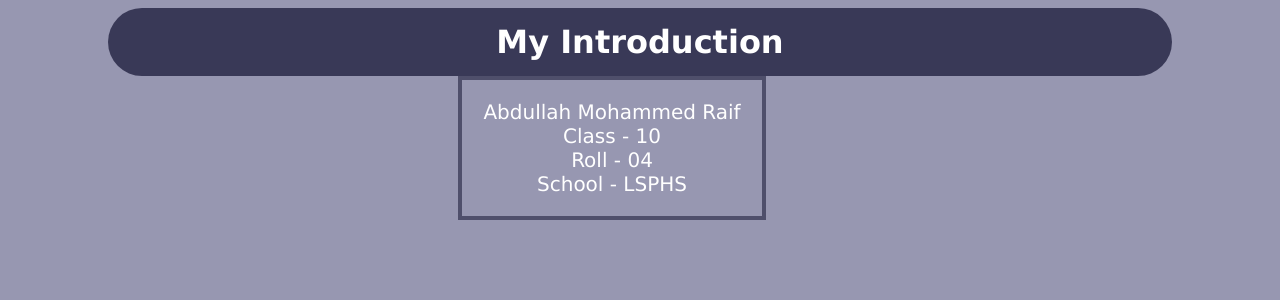
Repository: Raif-007/Portfolio
Page: index.html
The author's editor kept a copy of each file at every save. The page is drawn from the files as they stood at one save, then again after the next save.
The browser window is 1280 px wide. The pictures show the whole page.

Above is the page before, as saved 2021-07-05 17:14:40.

### index.html
<!DOCTYPE html>
<html lang="en">

<head>
    <meta charset="UTF-8">
    <meta http-equiv="X-UA-Compatible" content="IE=edge">
    <meta name="viewport" content="width=device-width, initial-scale=1.0">
    <title>Portfolio</title>
    <link rel="stylesheet" href="styles.css">
</head>

<body>

    <h1>
        My Introduction
    </h1>
    <div>

        <p>
            Abdullah Mohammed Raif
            <br> Class - 10
            <br> Roll - 04
            <br> School - LSPHS

        </p>


    </div>
</body>

</html>

### styles.css
    body {
    background-color: rgba(54, 54, 105, 0.514);
    color: #ffffff;
    font-family: Verdana, Geneva, Tahoma, sans-serif;
    text-align: center;
}

h1 {
    background-color: rgba(25, 25, 56, 0.74);
    padding: 15px;
    margin: 0px 100px;
    border-radius: 50px;
}

div {
    font-size: 20px;
    border: 4px solid rgba(25, 25, 56, 0.568);
    width: 300px;
    margin-left: 450px;

After the next save:
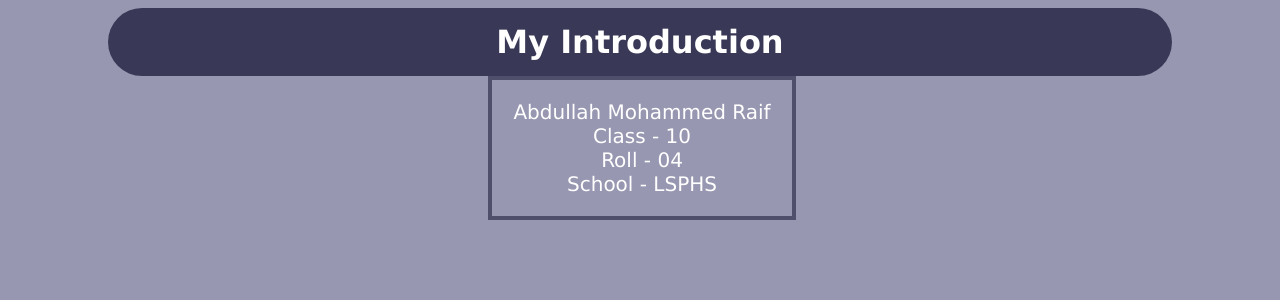
Saved 11 s later.
--- a/styles.css
+++ b/styles.css
@@ -1,19 +1,19 @@
-    body {
-    background-color: rgba(54, 54, 105, 0.514);
-    color: #ffffff;
-    font-family: Verdana, Geneva, Tahoma, sans-serif;
-    text-align: center;
-}
+        body {
+        background-color: rgba(54, 54, 105, 0.514);
+        color: #ffffff;
+        font-family: Verdana, Geneva, Tahoma, sans-serif;
+        text-align: center;
+    }
 
-h1 {
-    background-color: rgba(25, 25, 56, 0.74);
-    padding: 15px;
-    margin: 0px 100px;
-    border-radius: 50px;
-}
+    h1 {
+        background-color: rgba(25, 25, 56, 0.74);
+        padding: 15px;
+        margin: 0px 100px;
+        border-radius: 50px;
+    }
 
-div {
-    font-size: 20px;
-    border: 4px solid rgba(25, 25, 56, 0.568);
-    width: 300px;
-    margin-left: 450px;
+    div {
+        font-size: 20px;
+        border: 4px solid rgba(25, 25, 56, 0.568);
+        width: 300px;
+        margin-left: 480px;
